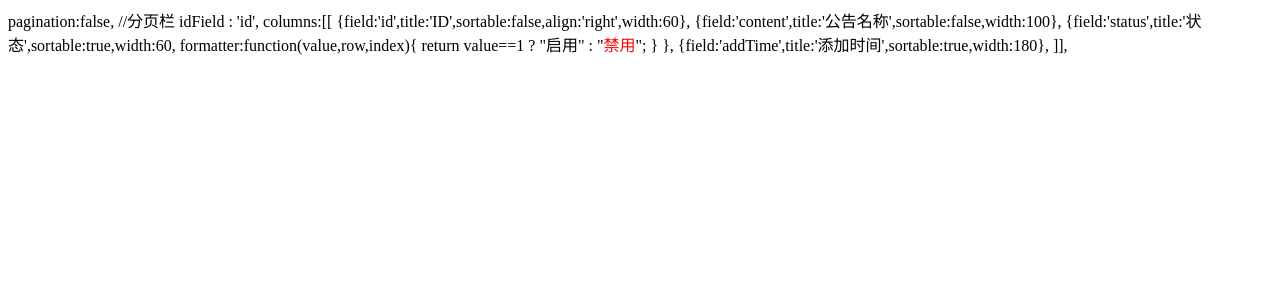
Repository: pridewu/hipi
Page: Education_dev_platform/branches/v1/Application/System/View/v1/Notice/index.html
The author's editor kept a copy of each file at every save. The page is drawn from the files as they stood at one save, then again after the next save.
The browser window is 1280 px wide. The pictures show the whole page.

Above is the page before, as saved 2014-12-03 09:33:45.

### Education_dev_platform/branches/v1/Application/System/View/v1/Notice/index.html
<extend name="./base_list" />
<block name="datagrid_img">
    <div id="datagrid_img" class="datagrid_img" style="display: none;">

    </div>
</block>
<block name="datagrid">
		pagination:false, //分页栏
		idField : 'id',
	    columns:[[
            {field:'id',title:'ID',sortable:false,align:'right',width:60},
            {field:'content',title:'公告名称',sortable:false,width:100},
<!--             {field:'name',title:'知识点名称',sortable:false,width:100},
            {field:'courseId',title:'所属课程',sortable:false,width:100},
            {field:'sectionIds',title:'课时ID列表',sortable:false,width:100},
            {field:'imgUrl',title:'图片路径',sortable:false,width:120},
            {field:'description',title:'知识点描述',sortable:false,width:200},
            {field:'sort',title:'排序',sortable:true,width:80}, -->
            {field:'status',title:'状态',sortable:true,width:60,
            	formatter:function(value,row,index){
            		return value==1 ? "启用" : "<font color=red>禁用</font>";
            	}
            },
            {field:'addTime',title:'添加时间',sortable:true,width:180},
        ]],
</block>

After the next save:
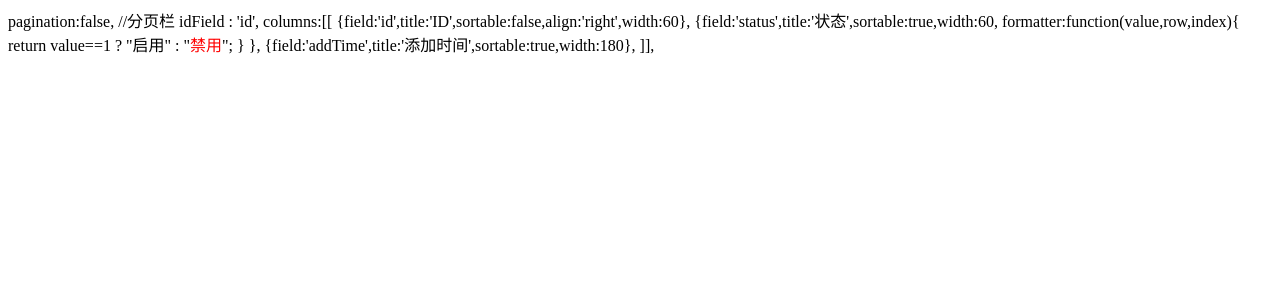
Saved 65 s later.
--- a/Education_dev_platform/branches/v1/Application/System/View/v1/Notice/index.html
+++ b/Education_dev_platform/branches/v1/Application/System/View/v1/Notice/index.html
@@ -9,7 +9,7 @@
 		idField : 'id',
 	    columns:[[
             {field:'id',title:'ID',sortable:false,align:'right',width:60},
-            {field:'content',title:'公告名称',sortable:false,width:100},
+         <!--    {field:'content',title:'公告名称',sortable:false,width:100}, -->
 <!--             {field:'name',title:'知识点名称',sortable:false,width:100},
             {field:'courseId',title:'所属课程',sortable:false,width:100},
             {field:'sectionIds',title:'课时ID列表',sortable:false,width:100},
